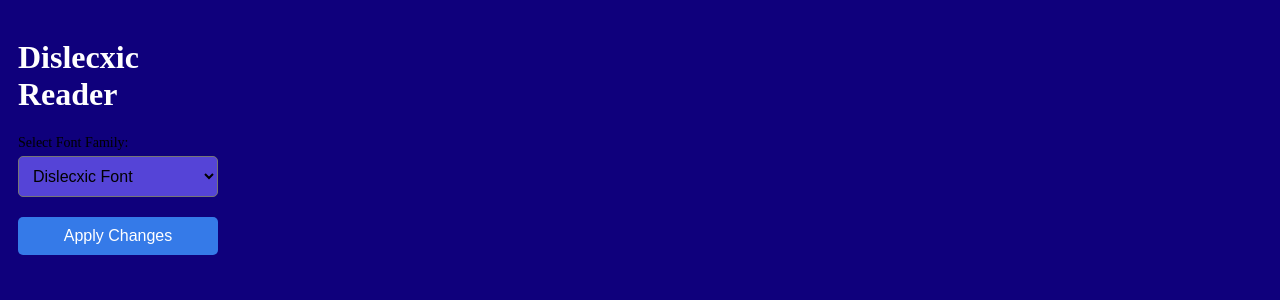
Repository: adatechschool/extension-navigateur-extension_walid_eliana_imelda
Page: Extention 3/popup.html
An editor plug-in stored every save of this project. The page is shown before and after the next save, followed by the edit.
The browser window is 1280 px wide. The pictures show the whole page.
The pointer rests on the first visible `button`.

Above is the page before, as saved 2024-01-12 15:57:52.

After the next save:
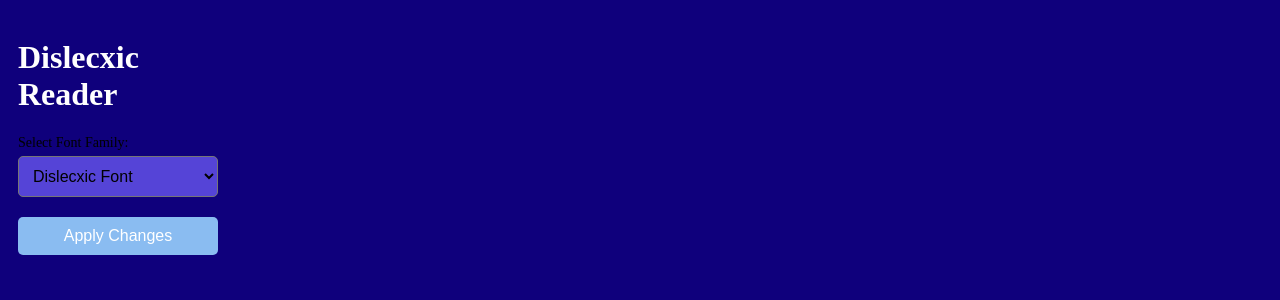
Saved 14 s later.
--- a/Extention 3/popup.css
+++ b/Extention 3/popup.css
@@ -28,7 +28,7 @@ body {
   }
 
   button:hover {
-    background-color: #357ae8;
+    background-color: #8abcf1;
   }
   h1 {
     color:white;
